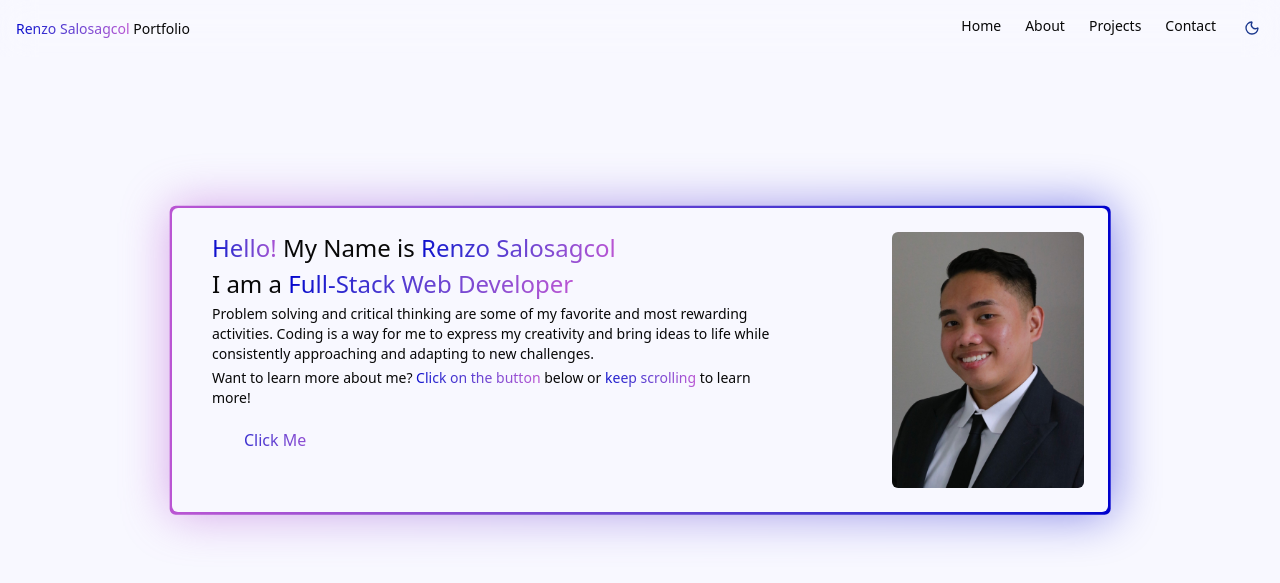
Repository: Renzo-Salosagcol/Updated_Personal_Portfolio
Page: /
These files come from the project's save history. The page is drawn as it stood at one moment and after the next save; the edit follows.
The browser window is 1280 px wide. The pictures show the whole page.
The project was rebuilt for these pictures with package versions that can differ from the ones it lists, and the page was loaded fresh each time. Also part of the build but not shown: vite.config.js, src/pages/NotFound.jsx.

Above is the page before, as saved 2025-10-09 20:25:01.

After the next save:
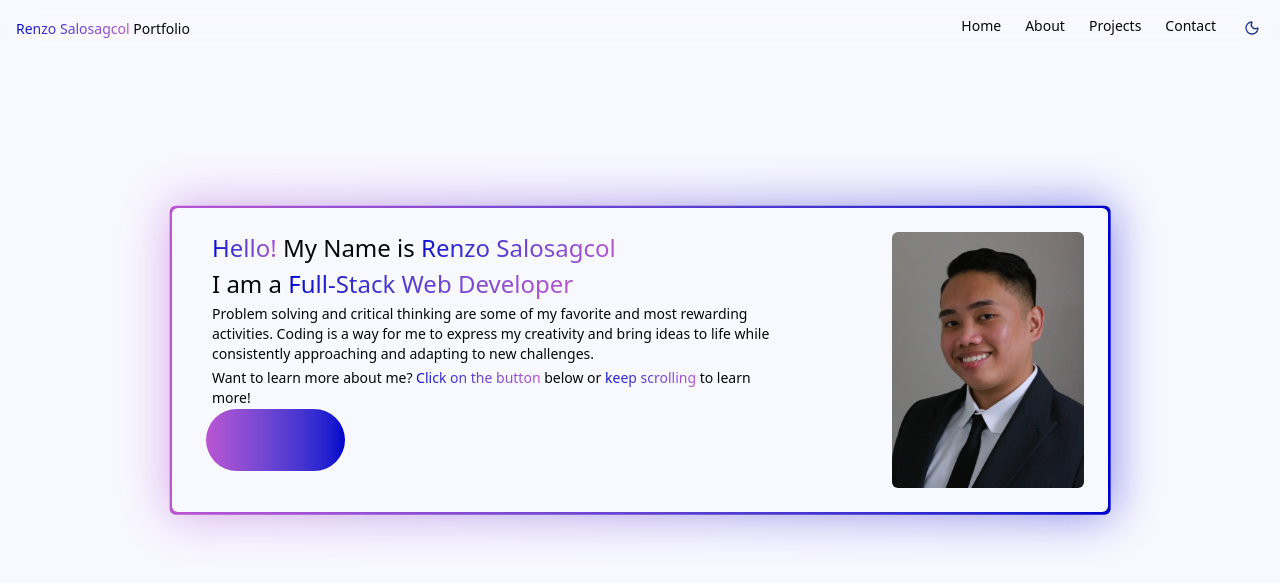
Saved 29 s later.
--- a/src/index.css
+++ b/src/index.css
@@ -82,7 +82,7 @@
 }
 
 @utility after-gradient-button {
-  @apply absolute h-[110%] w-[110%] rounded-full bg-gradient-to-l from-primary to-secondary -z-1;
+  @apply absolute h-[110%] w-[110%] rounded-full bg-gradient-to-l from-primary to-secondary z-0;
 }
 
 @utility gradient-text {
